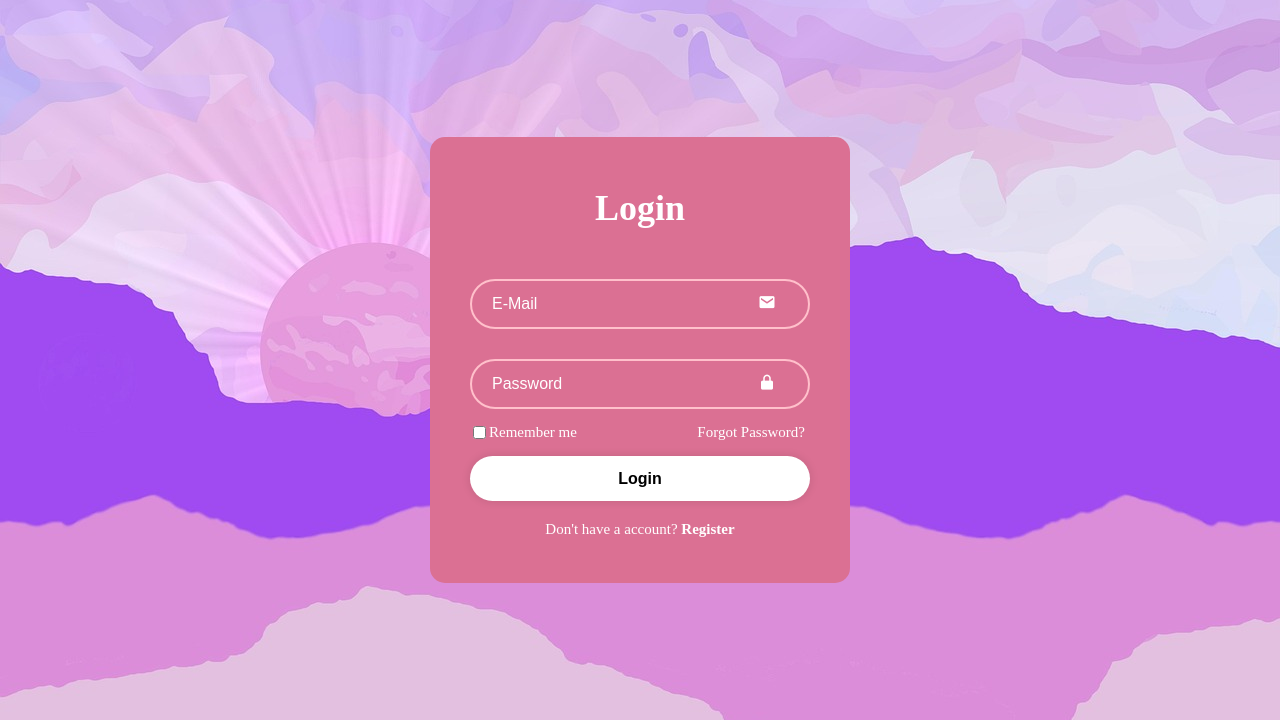
Repository: Kubraaygun/Html_Css_Login
Page: index.html
An editor plug-in stored every save of this project. The page is shown before and after the next save, followed by the edit.
The browser window is 1280 px wide. The pictures show the whole page.

Above is the page before, as saved 2025-03-05 21:17:38.

### index.html
<!DOCTYPE html>
<html lang="en">
  <head>
    <meta charset="UTF-8" />
    <meta name="viewport" content="width=device-width, initial-scale=1.0" />
    <title>HTML</title>
    <link rel="stylesheet" href="style.css" />

    <!-- Boxicons CSS -->

    <link
      href="https://unpkg.com/boxicons@2.1.4/css/boxicons.min.css"
      rel="stylesheet"
    />
  </head>

  <body>
    <div class="container">
      <form action="">
        <!-- Baslik -->
        <h1 class="login">Login</h1>

        <!-- input alanimiz -->

        <!-- surname -->
        <div class="input-box">
          <input type="email" required placeholder="E-Mail" />
          <i class="bx bxs-envelope"></i>
        </div>

        <!-- Password -->
        <div class="input-box">
          <input type="password" required placeholder="Password" />
          <i class="bx bxs-lock-alt"></i>
        </div>

        <!-- Remember me Alani -->
        <div class="remember-me">
          <label>
            <input class="checkbox" type="checkbox" />Remember
            <span>&nbsp;</span>me
          </label>
          <a class="forgotPassword" href="">Forgot Password?</a>
        </div>

        <!-- Button -->
        <button type="submit" class="button">Login</button>

        <!-- Register Link -->
        <div class="register-link">
          <p>
            Don't have a account? <a class="registerlink" href="#"> Register</a>
          </p>
        </div>
      </form>
    </div>
  </body>
</html>

### style.css
* {
  margin: 0;
  padding: 0;
  box-sizing: border-box;
}

body {
  display: flex;
  justify-content: center;
  align-items: center;
  min-height: 100vh; /* vh: Tarayici penceresinin yuksekligine gore yuzde olarak boyut belirler. 1vh pencere yuksekliginin %1ine esittir */
  background: url("/doga.jpg") no-repeat center center/cover;
}

.container {
  width: 420px;
  background-color: palevioletred;
  color: white;
  border-radius: 15px;
  padding: 30px 40px;
}

.login {
  font-size: 36px;
  text-align: center;
  padding: 20px 0;
}
.input-box {
  position: relative; /*Bu, elemanı normal akışta tutar ama bulunduğu yerden kaydırabilirsin.
  Diğer öğeleri etkilemez, sadece bu öğenin konumunu değiştirmek için kullanılır. Eleman normal akışta kalır, ama konumunu kaydırmanı sağlar.*/
  width: 100%;
  height: 50px;
  margin: 30px 0;
}

input {
  width: 100%;
  height: 100%;
  background-color: transparent;
  border: none;
  outline: none;
  border: 2px solid pink;
  border-radius: 30px;
  font-size: 16px;
  color: purple;
  padding: 20px;
}
input:hover {
  background-color: pink;
}
input::placeholder {
  color: #fff;
}
i {
  position: absolute; /*Bu, elemanı normal akıştan çıkarır ve en yakın konumlandırılmış üst öğe (mesela relative, absolute vb.) göre yerleştirir. Eğer böyle bir öğe yoksa, sayfanın köşesine (body) göre yerleşir.
 Öğeyi tam olarak istediğin yere yerleştirirsin, ama o öğe çevresindeki diğer öğelerden bağımsız olur. Elemanı normal akıştan çıkarıp, belirlediğin bir yere yerleştirir.*/
  right: 20px;
  padding: 14px;
  font-size: 18px;
}

.remember-me {
  display: flex;
  justify-content: space-between;
  font-size: 15px;
  margin: -15px 0 15px;
}

label {
  display: flex;
  align-items: center;
}

.checkbox {
  accent-color: purple;
  margin: 0 3px 0 3px;
}
.forgotPassword {
  color: #fff;
  text-decoration: none;
  margin-right: 5px;
}

.forgotPassword:hover {
  text-decoration: underline;
}

.button {
  width: 100%;
  height: 45px;
  background-color: #fff;
  border: none;
  outline: none;
  border-radius: 40px;
  box-shadow: 0 0 10px rgba(0, 0, 0, 0.12);
  cursor: pointer;
  font-size: 16px;
  font-weight: 600;
}

.register-link {
  font-size: 15px;
  text-align: center;
  margin: 20px 0 15px;
}

.registerlink {
  color: #fff;
  text-decoration: none;
  font-weight: 600;
}

.registerlink:hover {
  text-decoration: underline;
}

After the next save:
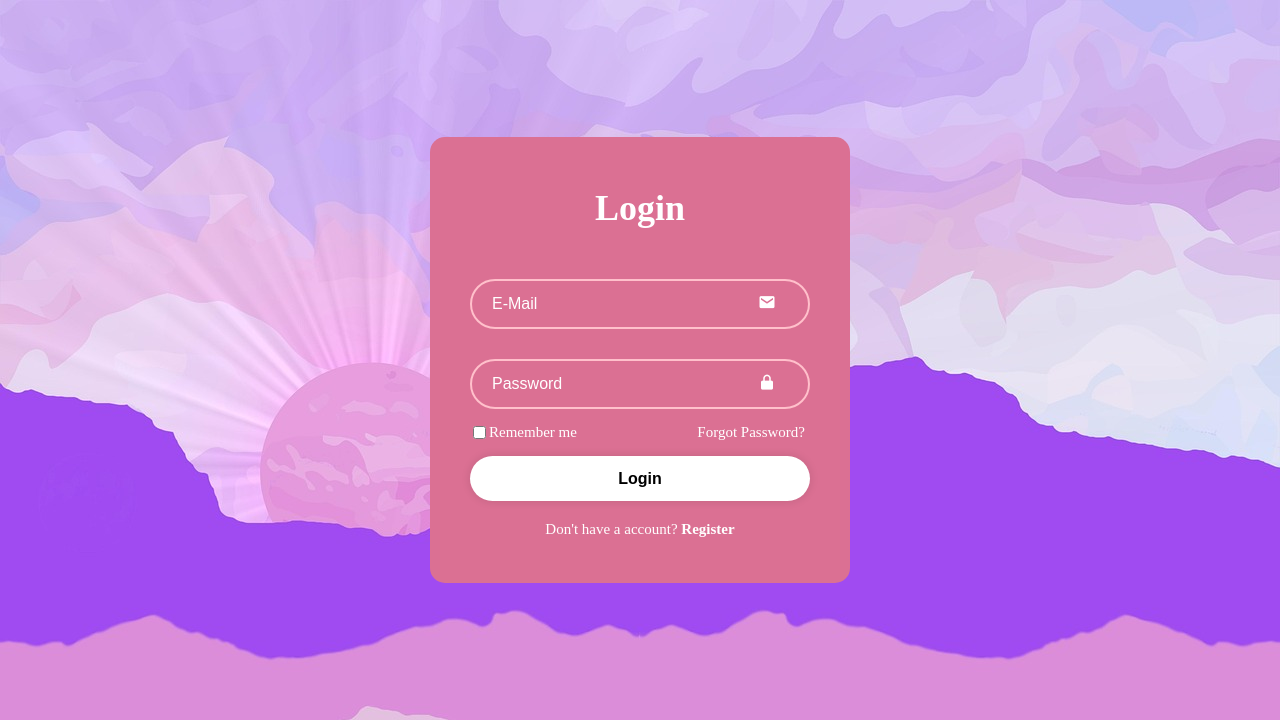
Saved 27 s later.
--- a/style.css
+++ b/style.css
@@ -9,7 +9,7 @@ body {
   justify-content: center;
   align-items: center;
   min-height: 100vh; /* vh: Tarayici penceresinin yuksekligine gore yuzde olarak boyut belirler. 1vh pencere yuksekliginin %1ine esittir */
-  background: url("/doga.jpg") no-repeat center center/cover;
+  background: url("/doga.jpg") no-repeat;
 }
 
 .container {

After the save that followed:
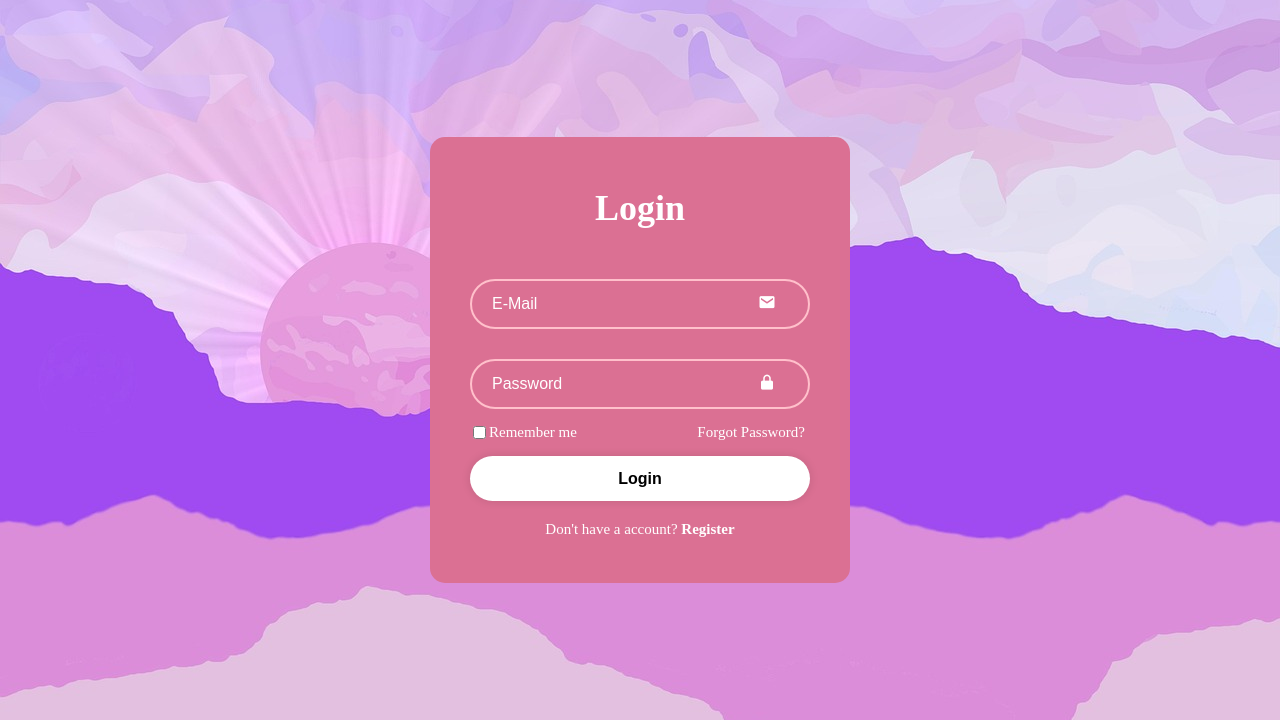
Saved 10 s later.
--- a/style.css
+++ b/style.css
@@ -9,7 +9,7 @@ body {
   justify-content: center;
   align-items: center;
   min-height: 100vh; /* vh: Tarayici penceresinin yuksekligine gore yuzde olarak boyut belirler. 1vh pencere yuksekliginin %1ine esittir */
-  background: url("/doga.jpg") no-repeat;
+  background: url("/doga.jpg") no-repeat center center/cover;
 }
 
 .container {
